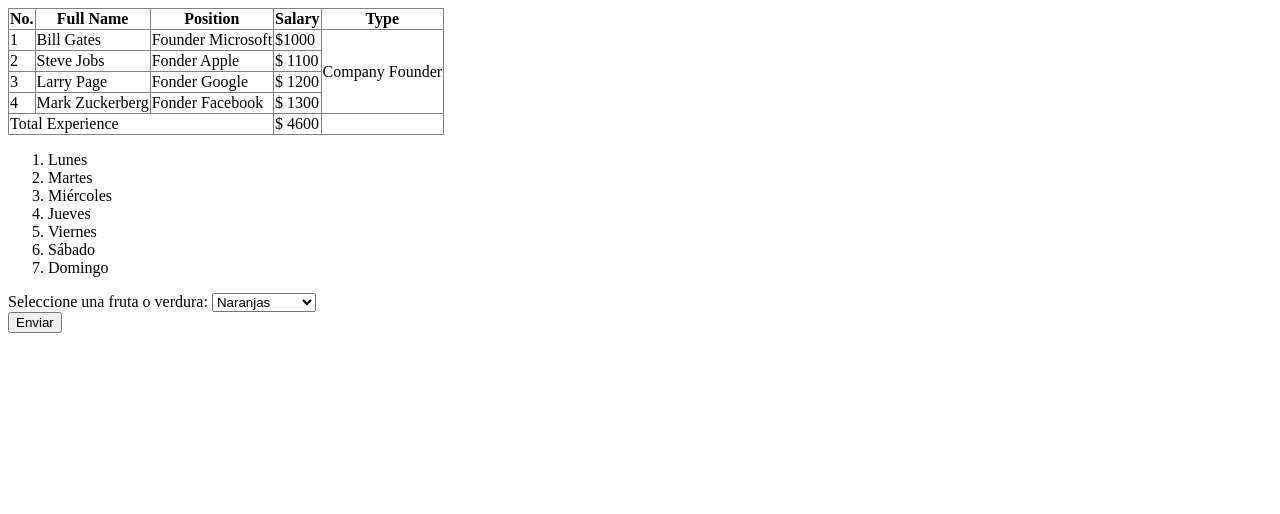
Repository: ScoggoDev/DesarrolloWeb
Page: tarea en equipo 1/tep1.html
These files come from the project's save history. The page is drawn as it stood at one moment and after the next save; the edit follows.
The browser window is 1280 px wide. The pictures show the whole page.

Above is the page before, as saved 2021-07-07 19:09:59.

### tarea en equipo 1/tep1.html
<!DOCTYPE html>
<html lang="es">
    <head>
        <meta charset="UTF-8">
        <meta http-equiv="X-UA-Compatible" content="IE=edge">
        <meta name="viewport" content="width=device-width, initial-scale=1.0">

        <title>Ejercicio en equipo</title>
    </head>

    <body>
        <table border= "1"; style= "border-collapse:collapse">
                <tr>
                    <th>No.</th>
                    <th>Full Name</th>
                    <th>Position</th>
                    <th>Salary</th>
                    <th>Type</th>
                </tr>
                <tr>
                    <td>1</td>
                    <td>Bill Gates</td>
                    <td>Founder Microsoft</td>
                    <td>$1000</td>
                    <td rowspan="4">Company Founder</td>
                </tr>
                <tr>
                    <td>2</td>
                    <td>Steve Jobs</td>
                    <td>Fonder Apple</td>
                    <td>$ 1100</td>
                </tr>
                <tr>
                    <td>3</td>
                    <td>Larry Page</td>
                    <td>Fonder Google</td>
                    <td>$ 1200</td>
                </tr>
                <tr>
                    <td>4</td>
                    <td>Mark Zuckerberg</td>
                    <td>Fonder Facebook</td>
                    <td>$ 1300</td>
                </tr>
                <tr>
                    <td colspan="3">Total Experience</td>
                    <td>$ 4600</td>
                </tr>
        </table>
        <ol>
            <li>Lunes</li>
            <li>Martes</li>
            <li>Miércoles</li>
            <li>Jueves</li>
            <li>Viernes</li>
            <li>Sábado</li>
            <li>Domingo</li>
        </ol>

        <label for="food">Seleccione una fruta o verdura:</label>
        <select name="food" id="food">
            <optgroup label="Frutas">
                <option>Naranjas</option>
                <option>Manzanas</option>
                <option>Frutlla</option>
                <option>Durazno</option>
            </optgroup>
            <optgroup label="Verduras">
                <option>Lechuga</option>
                <option>Acelga</option>
                <option>Zapallo</option>
                <option>Papas</option>
                <option>Batatas</option>
                <option>Zanahorias</option>
                <option>Rabanitos</option>
                <option>Calabazas</option>
            </optgroup>
        </select>
        <br>
        <button type="button">Enviar</button>
    </body>
</html>

After the next save:
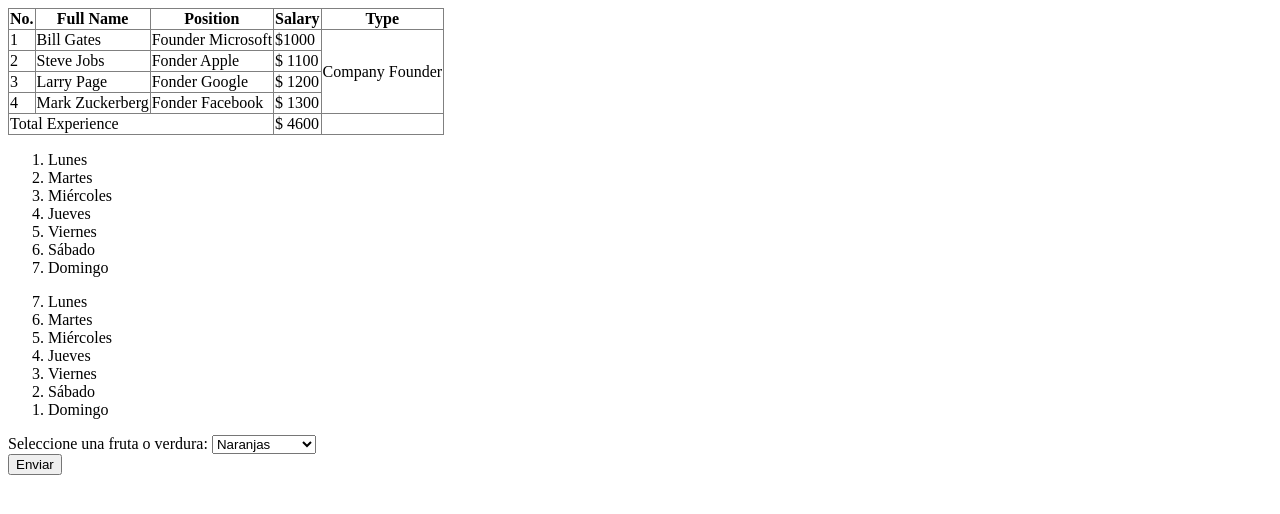
Saved 7 s later.
--- a/tarea en equipo 1/tep1.html
+++ b/tarea en equipo 1/tep1.html
@@ -56,6 +56,15 @@
             <li>Sábado</li>
             <li>Domingo</li>
         </ol>
+        <ol reversed>
+            <li>Lunes</li>
+            <li>Martes</li>
+            <li>Miércoles</li>
+            <li>Jueves</li>
+            <li>Viernes</li>
+            <li>Sábado</li>
+            <li>Domingo</li>
+        </ol>
 
         <label for="food">Seleccione una fruta o verdura:</label>
         <select name="food" id="food">
